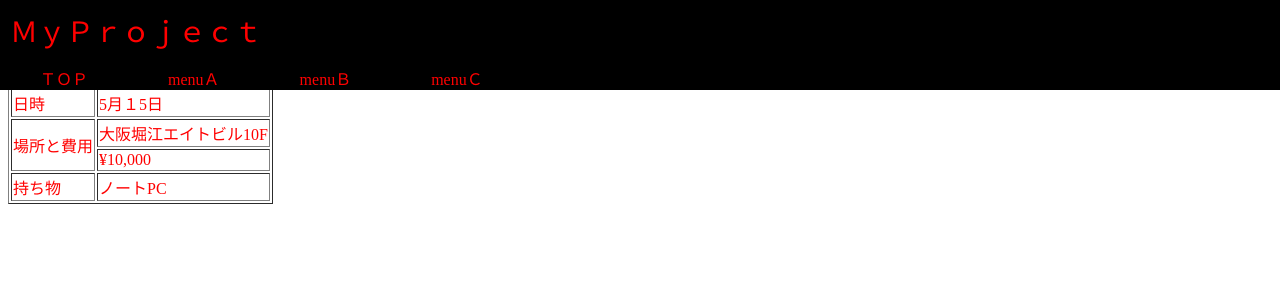
Repository: user10112018/test
Page: http://localhost/MyProject/
These files come from the project's save history. The page is drawn as it stood at one moment and after the next save; the edit follows.
The browser window is 1280 px wide. The pictures show the whole page.
The page is served by Tomcat 9.

Above is the page before, as saved 2018-11-14 02:07:00.

After the next save:
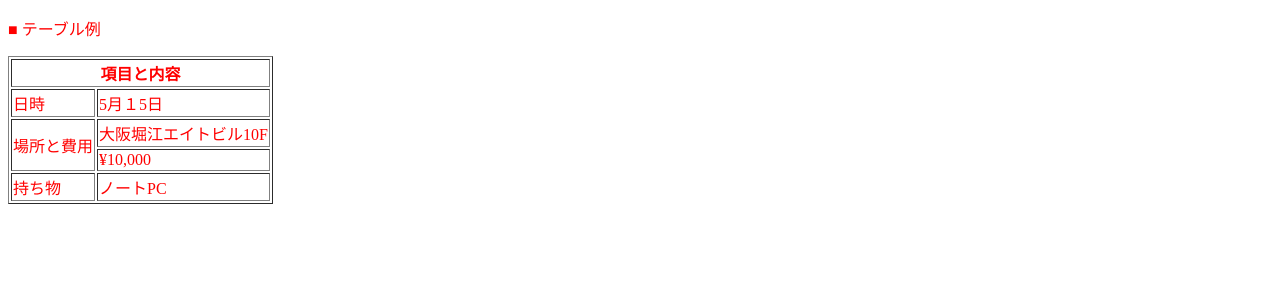
Saved 7 s later.
--- a/MyProject/WebContent/index.jsp
+++ b/MyProject/WebContent/index.jsp
@@ -18,24 +18,24 @@
 <!-- ============== ココカラ =============== -->
 
 <!-- ==== header ===== -->
-<header>
+<!-- <header> -->
 
 
-<div id="logo">ＭｙＰｒｏｊｅｃｔ</div>
+<!-- <div id="logo">ＭｙＰｒｏｊｅｃｔ</div> -->
 
 
-<div id="menu">
+<!-- <div id="menu"> -->
 
-<ul>
-   <li>ＴＯＰ</li>
-   <li>menuＡ</li>
-   <li>menuＢ</li>
-   <li>menuＣ</li>
-</ul>
+<!-- <ul> -->
+<!--    <li>ＴＯＰ</li> -->
+<!--    <li>menuＡ</li> -->
+<!--    <li>menuＢ</li> -->
+<!--    <li>menuＣ</li> -->
+<!-- </ul> -->
 
-</div>
+<!-- </div> -->
 
-</header>
+<!-- </header> -->
 
 <!-- ==== main ===== -->
 

After the save that followed:
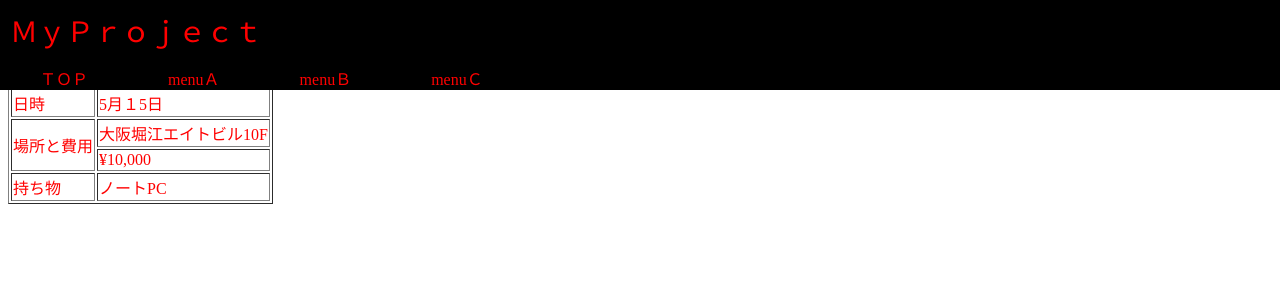
Saved 30 s later.
--- a/MyProject/WebContent/index.jsp
+++ b/MyProject/WebContent/index.jsp
@@ -18,24 +18,24 @@
 <!-- ============== ココカラ =============== -->
 
 <!-- ==== header ===== -->
-<!-- <header> -->
+<header>
 
 
-<!-- <div id="logo">ＭｙＰｒｏｊｅｃｔ</div> -->
+<div id="logo">ＭｙＰｒｏｊｅｃｔ</div>
 
 
-<!-- <div id="menu"> -->
+<div id="menu">
 
-<!-- <ul> -->
-<!--    <li>ＴＯＰ</li> -->
-<!--    <li>menuＡ</li> -->
-<!--    <li>menuＢ</li> -->
-<!--    <li>menuＣ</li> -->
-<!-- </ul> -->
+<ul>
+   <li>ＴＯＰ</li>
+   <li>menuＡ</li>
+   <li>menuＢ</li>
+   <li>menuＣ</li>
+</ul>
 
-<!-- </div> -->
+</div>
 
-<!-- </header> -->
+</header>
 
 <!-- ==== main ===== -->
 
